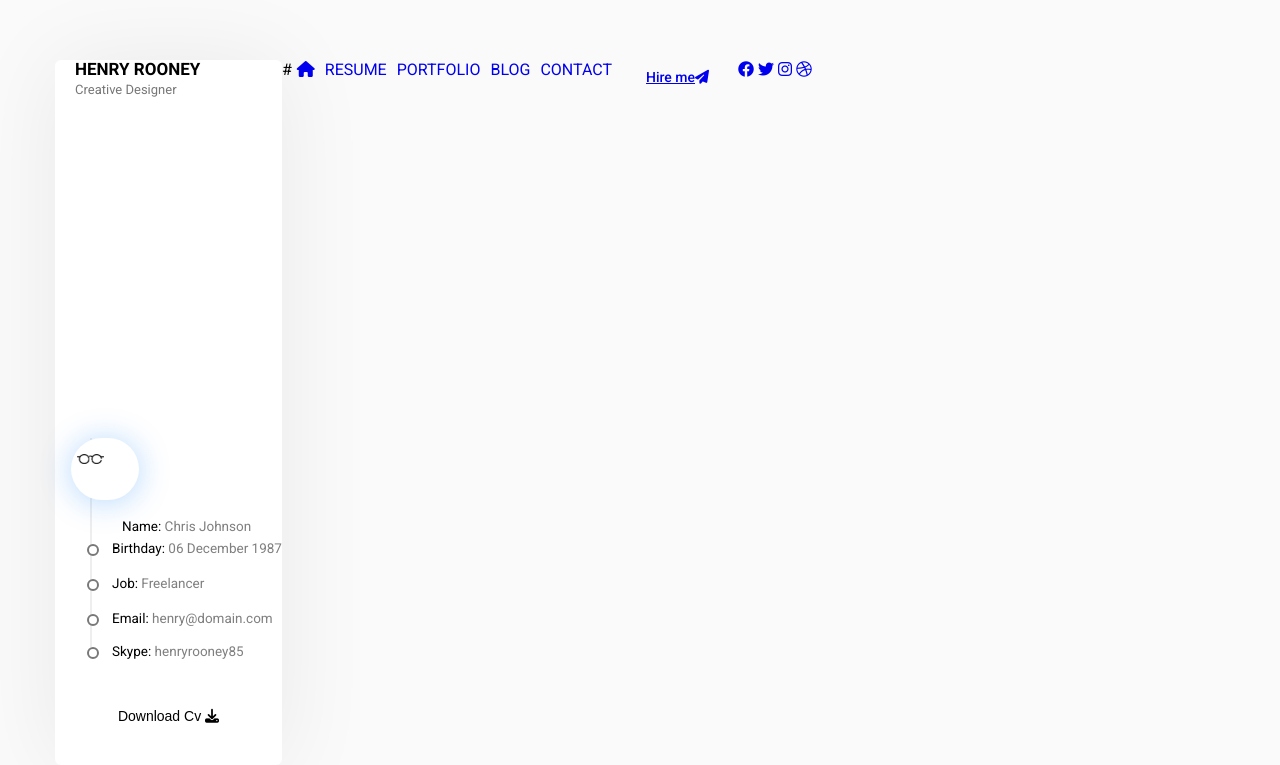
Repository: Lehuyhuynh/mat
Page: index.html
These files come from the project's save history. The page is drawn as it stood at one moment and after a run of saves; the edit follows.
The browser window is 1280 px wide. The pictures show the whole page.

Above is the page before, as saved 2023-04-12 12:25:50.

After the next 2 saves:
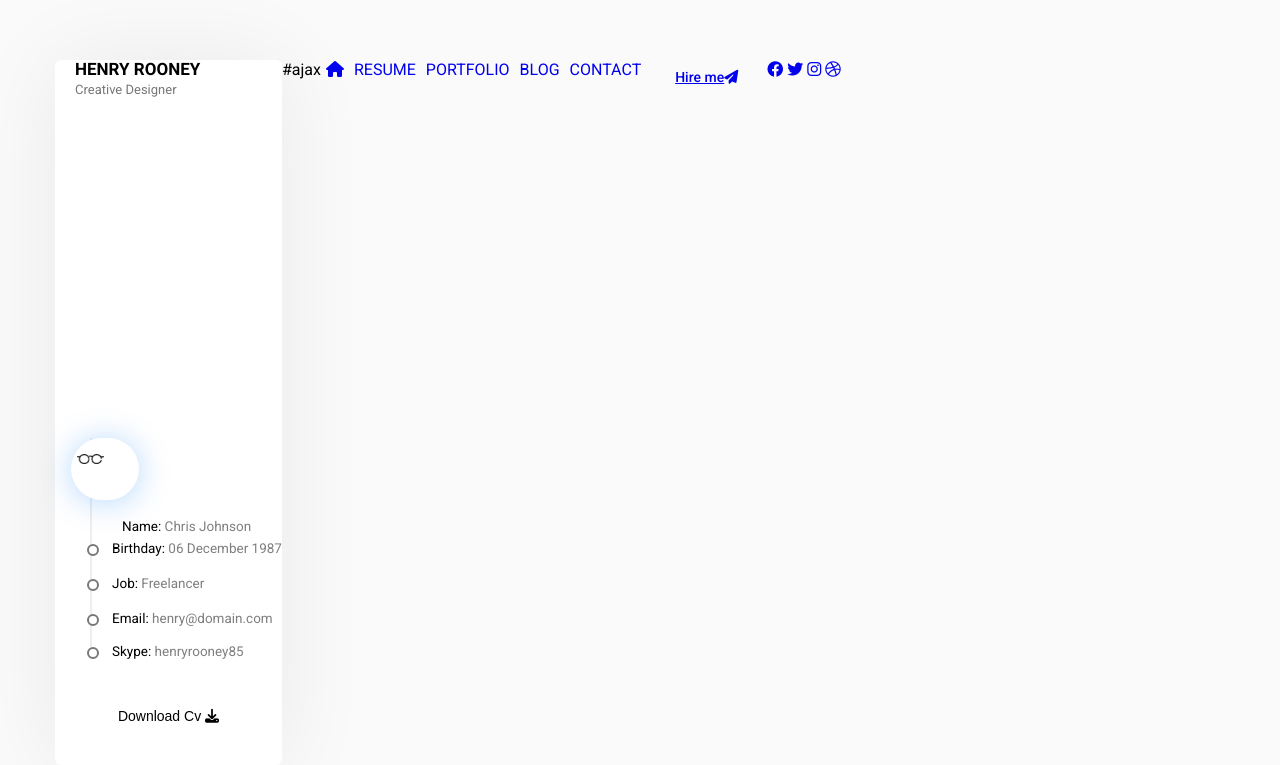
The 2 saves are shown as one change because they came seconds apart.
The last was saved 9 s later.
--- a/index.html
+++ b/index.html
@@ -71,7 +71,7 @@
 
             </div>
 
-            #
+            #ajax
                 <!-- header -->
                 <div  class="row">
 
